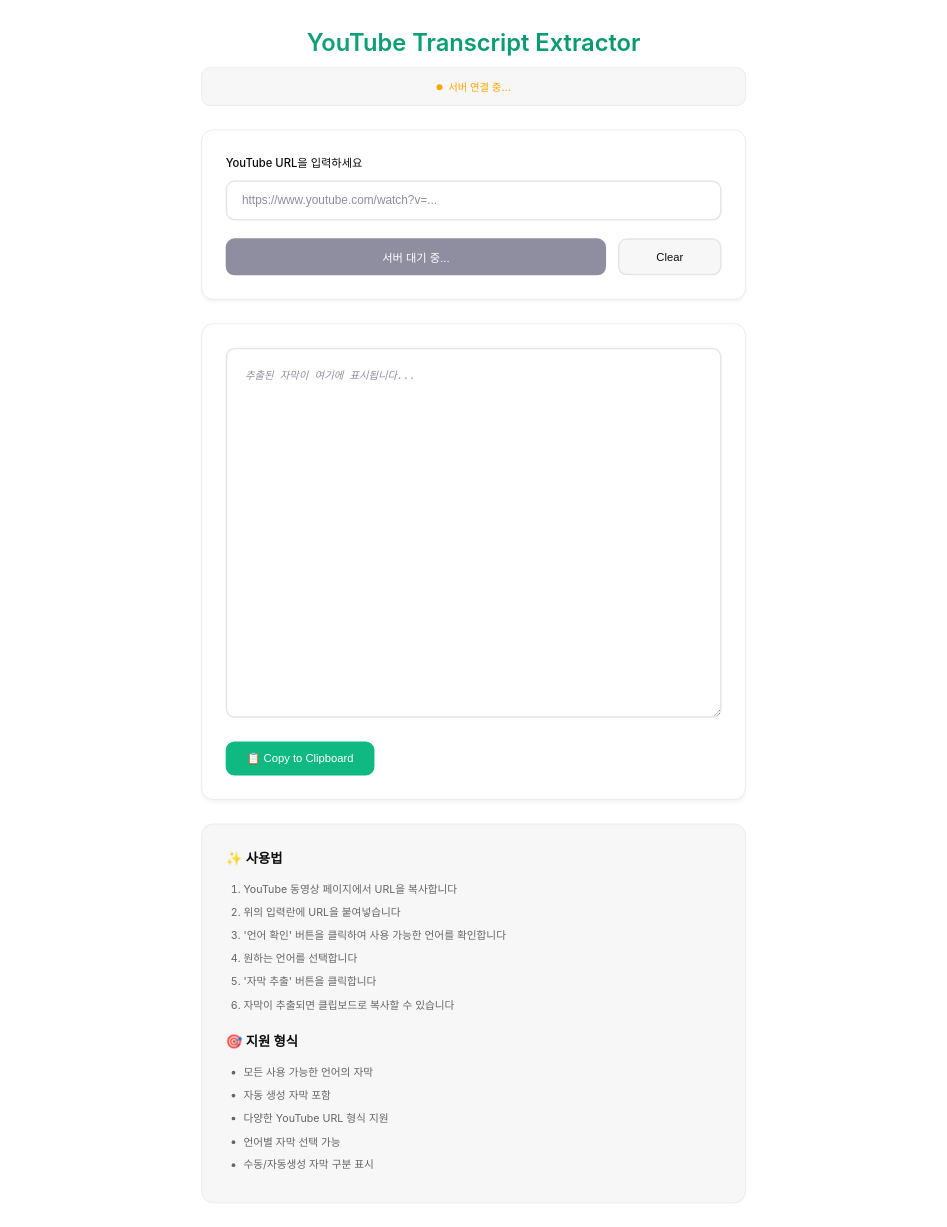
Repository: jaeu-choi/yt-transcript-extract
Page: Frontend/index.html
These files come from the project's save history. The page is drawn as it stood at one moment and after the next save; the edit follows.
The browser window is 1280 px wide. The pictures show the whole page, at 74% of full size.

Above is the page before, as saved 2025-06-18 14:10:33.

### Frontend/index.html
<!DOCTYPE html>
<html lang="ko">
  <head>
    <meta charset="UTF-8" />
    <meta name="viewport" content="width=device-width, initial-scale=1.0" />
    <title>YouTube Transcript Extractor</title>
    <link rel="stylesheet" href="index.css" />
  </head>
  <body>
    <div class="container">
      <h1>YouTube Transcript Extractor</h1>

      <!-- 서버 상태 표시 -->
      <div class="status-bar">
        <span id="server-status" style="color: orange"> 서버 연결 중... </span>
      </div>

      <div class="input-section">
        <label for="url-input-form">YouTube URL을 입력하세요</label>
        <input
          type="url"
          id="url-input-form"
          placeholder="https://www.youtube.com/watch?v=..."
          required
        />
        <div class="button-group">
          <button id="check-languages-btn">언어 확인</button>
          <button id="clear-btn">Clear</button>
        </div>

        <!-- 언어 선택 섹션 -->
        <div id="language-selection" style="display: none">
          <label for="language-select">자막 언어를 선택하세요</label>
          <select id="language-select">
            <option value="">언어를 선택하세요</option>
          </select>
          <div class="button-group" style="margin-top: 1rem">
            <button id="extract-btn" disabled>자막 추출</button>
          </div>
        </div>
      </div>

      <!-- 로딩 표시 -->
      <div id="loading" style="display: none">
        <div class="loading-spinner"></div>
        <p id="loading-message">
          자막을 추출하고 있습니다. 잠시만 기다려주세요...
        </p>
      </div>

      <!-- 결과 표시 -->
      <div id="result">
        <div id="result-header" style="display: none">
          <h3>추출된 자막</h3>
          <p id="current-language"></p>
        </div>
        <textarea
          id="codeArea"
          rows="20"
          cols="100"
          placeholder="추출된 자막이 여기에 표시됩니다..."
        ></textarea>
        <button onclick="copyToClipboard()">📋 Copy to Clipboard</button>
      </div>

      <!-- 사용법 안내 -->
      <div class="help-section">
        <h3>✨ 사용법</h3>
        <ol>
          <li>YouTube 동영상 페이지에서 URL을 복사합니다</li>
          <li>위의 입력란에 URL을 붙여넣습니다</li>
          <li>'언어 확인' 버튼을 클릭하여 사용 가능한 언어를 확인합니다</li>
          <li>원하는 언어를 선택합니다</li>
          <li>'자막 추출' 버튼을 클릭합니다</li>
          <li>자막이 추출되면 클립보드로 복사할 수 있습니다</li>
        </ol>

        <h3>🎯 지원 형식</h3>
        <ul>
          <li>모든 사용 가능한 언어의 자막</li>
          <li>자동 생성 자막 포함</li>
          <li>다양한 YouTube URL 형식 지원</li>
          <li>언어별 자막 선택 가능</li>
          <li>수동/자동생성 자막 구분 표시</li>
        </ul>
      </div>
    </div>

    <script src="index.js"></script>
  </body>
</html>

### Frontend/index.css
/* ChatGPT 스타일 CSS */
:root {
  /* Light theme colors */
  --bg-primary: #ffffff;
  --bg-secondary: #f7f7f8;
  --bg-tertiary: #ffffff;
  --text-primary: #0d0d0d;
  --text-secondary: #666666;
  --text-muted: #8e8ea0;
  --border-color: #e5e5e7;
  --accent-color: #10a37f;
  --accent-hover: #0d8b6d;
  --danger-color: #ef4444;
  --warning-color: #f59e0b;
  --success-color: #10b981;
  --info-color: #3b82f6;
  --shadow: rgba(0, 0, 0, 0.05);
  --shadow-hover: rgba(0, 0, 0, 0.1);
}

@media (prefers-color-scheme: dark) {
  :root {
    --bg-primary: #212121;
    --bg-secondary: #2f2f2f;
    --bg-tertiary: #424242;
    --text-primary: #ececf1;
    --text-secondary: #c5c5d2;
    --text-muted: #8e8ea0;
    --border-color: #4d4d4f;
    --accent-color: #10a37f;
    --accent-hover: #0ea270;
    --shadow: rgba(0, 0, 0, 0.3);
    --shadow-hover: rgba(0, 0, 0, 0.4);
  }
}

* {
  margin: 0;
  padding: 0;
  box-sizing: border-box;
}

body {
  font-family: -apple-system, BlinkMacSystemFont, "Segoe UI", "Roboto",
    sans-serif;
  background: var(--bg-primary);
  color: var(--text-primary);
  line-height: 1.6;
  transition: all 0.3s ease;
  min-height: 100vh;
}

.container {
  max-width: 800px;
  margin: 0 auto;
  padding: 2rem;
  min-height: 100vh;
  display: flex;
  flex-direction: column;
}

/* Header */
h1 {
  font-size: 2rem;
  font-weight: 600;
  text-align: center;
  margin-bottom: 0.5rem;
  background: linear-gradient(135deg, var(--accent-color), #059669);
  -webkit-background-clip: text;
  -webkit-text-fill-color: transparent;
  background-clip: text;
}

/* Status Bar */
.status-bar {
  text-align: center;
  margin-bottom: 2rem;
  padding: 0.75rem;
  background: var(--bg-secondary);
  border-radius: 12px;
  border: 1px solid var(--border-color);
}

#server-status {
  font-size: 0.875rem;
  font-weight: 500;
  display: inline-flex;
  align-items: center;
  gap: 0.5rem;
}

#server-status::before {
  content: "";
  width: 8px;
  height: 8px;
  border-radius: 50%;
  background: currentColor;
  display: inline-block;
}

/* Input Section */
.input-section {
  background: var(--bg-tertiary);
  padding: 2rem;
  border-radius: 16px;
  border: 1px solid var(--border-color);
  box-shadow: 0 4px 6px -1px var(--shadow);
  margin-bottom: 2rem;
  transition: all 0.3s ease;
}

.input-section:hover {
  box-shadow: 0 8px 15px -3px var(--shadow-hover);
}

label {
  display: block;
  font-weight: 500;
  margin-bottom: 0.75rem;
  color: var(--text-primary);
  font-size: 0.95rem;
}

#url-input-form {
  width: 100%;
  padding: 1rem 1.25rem;
  border: 2px solid var(--border-color);
  border-radius: 12px;
  font-size: 1rem;
  background: var(--bg-primary);
  color: var(--text-primary);
  transition: all 0.3s ease;
  margin-bottom: 1.5rem;
  outline: none;
}

#url-input-form:focus {
  border-color: var(--accent-color);
  box-shadow: 0 0 0 3px rgba(16, 163, 127, 0.1);
}

#url-input-form::placeholder {
  color: var(--text-muted);
}

/* Language Selection Section */
#language-selection {
  margin-top: 2rem;
  padding-top: 2rem;
  border-top: 1px solid var(--border-color);
  animation: slideIn 0.3s ease-out;
}

@keyframes slideIn {
  from {
    opacity: 0;
    transform: translateY(-10px);
  }
  to {
    opacity: 1;
    transform: translateY(0);
  }
}

#language-select {
  width: 100%;
  padding: 1rem 1.25rem;
  border: 2px solid var(--border-color);
  border-radius: 12px;
  font-size: 1rem;
  background: var(--bg-primary);
  color: var(--text-primary);
  transition: all 0.3s ease;
  margin-bottom: 1rem;
  outline: none;
  cursor: pointer;
}

#language-select:focus {
  border-color: var(--accent-color);
  box-shadow: 0 0 0 3px rgba(16, 163, 127, 0.1);
}

#language-select option {
  background: var(--bg-primary);
  color: var(--text-primary);
  padding: 0.5rem;
}

/* Button Styles */
.button-group {
  display: flex;
  gap: 1rem;
  flex-wrap: wrap;
}

button {
  padding: 0.875rem 1.75rem;
  border: none;
  border-radius: 12px;
  font-size: 0.95rem;
  font-weight: 500;
  cursor: pointer;
  transition: all 0.3s ease;
  outline: none;
  position: relative;
  overflow: hidden;
  min-width: 140px;
}

#check-languages-btn {
  background: var(--info-color);
  color: white;
  flex: 1;
}

#check-languages-btn:hover:not(:disabled) {
  background: #2563eb;
  transform: translateY(-1px);
  box-shadow: 0 4px 12px rgba(59, 130, 246, 0.3);
}

#check-languages-btn:disabled {
  background: var(--text-muted);
  cursor: not-allowed;
  transform: none;
  box-shadow: none;
}

#extract-btn {
  background: var(--accent-color);
  color: white;
  flex: 1;
}

#extract-btn:hover:not(:disabled) {
  background: var(--accent-hover);
  transform: translateY(-1px);
  box-shadow: 0 4px 12px rgba(16, 163, 127, 0.3);
}

#extract-btn:disabled {
  background: var(--text-muted);
  cursor: not-allowed;
  transform: none;
  box-shadow: none;
}

#clear-btn {
  background: var(--bg-secondary);
  color: var(--text-primary);
  border: 2px solid var(--border-color);
}

#clear-btn:hover {
  background: var(--border-color);
  transform: translateY(-1px);
}

/* Loading */
#loading {
  text-align: center;
  padding: 3rem 2rem;
  background: var(--bg-tertiary);
  border-radius: 16px;
  border: 1px solid var(--border-color);
  margin-bottom: 2rem;
}

.loading-spinner {
  width: 32px;
  height: 32px;
  border: 3px solid var(--border-color);
  border-top: 3px solid var(--accent-color);
  border-radius: 50%;
  animation: spin 1s linear infinite;
  margin: 0 auto 1rem;
}

@keyframes spin {
  0% {
    transform: rotate(0deg);
  }
  100% {
    transform: rotate(360deg);
  }
}

#loading p {
  color: var(--text-secondary);
  font-size: 0.95rem;
}

/* Result Section */
#result {
  background: var(--bg-tertiary);
  padding: 2rem;
  border-radius: 16px;
  border: 1px solid var(--border-color);
  box-shadow: 0 4px 6px -1px var(--shadow);
  margin-bottom: 2rem;
  flex: 1;
}

#result-header {
  margin-bottom: 1.5rem;
  padding-bottom: 1rem;
  border-bottom: 1px solid var(--border-color);
}

#result-header h3 {
  font-size: 1.25rem;
  font-weight: 600;
  margin-bottom: 0.5rem;
  color: var(--text-primary);
}

#current-language {
  font-size: 0.875rem;
  color: var(--text-secondary);
  background: var(--bg-secondary);
  padding: 0.5rem 1rem;
  border-radius: 8px;
  display: inline-block;
}

#codeArea {
  width: 100%;
  min-height: 300px;
  padding: 1.5rem;
  border: 2px solid var(--border-color);
  border-radius: 12px;
  font-family: "SF Mono", Monaco, "Cascadia Code", "Roboto Mono", Consolas,
    "Courier New", monospace;
  font-size: 0.875rem;
  line-height: 1.6;
  background: var(--bg-primary);
  color: var(--text-primary);
  resize: vertical;
  outline: none;
  transition: all 0.3s ease;
  margin-bottom: 1.5rem;
}

#codeArea:focus {
  border-color: var(--accent-color);
  box-shadow: 0 0 0 3px rgba(16, 163, 127, 0.1);
}

#codeArea::placeholder {
  color: var(--text-muted);
  font-style: italic;
}

/* Copy Button */
button[onclick="copyToClipboard()"] {
  background: var(--success-color);
  color: white;
  width: auto;
  min-width: 160px;
}

button[onclick="copyToClipboard()"]:hover {
  background: #059669;
  transform: translateY(-1px);
  box-shadow: 0 4px 12px rgba(16, 185, 129, 0.3);
}

/* Help Section */
.help-section {
  background: var(--bg-secondary);
  padding: 2rem;
  border-radius: 16px;
  border: 1px solid var(--border-color);
  margin-top: auto;
}

.help-section h3 {
  font-size: 1.125rem;
  font-weight: 600;
  margin-bottom: 1rem;
  color: var(--text-primary);
}

.help-section ol {
  margin-left: 1.5rem;
  margin-bottom: 1.5rem;
}

.help-section ul {
  margin-left: 1.5rem;
}

.help-section li {
  margin-bottom: 0.5rem;
  color: var(--text-secondary);
  font-size: 0.9rem;
}

/* Responsive */
@media (max-width: 640px) {
  .container {
    padding: 1rem;
  }

  h1 {
    font-size: 1.75rem;
  }

  .input-section,
  #result,
  .help-section {
    padding: 1.5rem;
  }

  .button-group {
    flex-direction: column;
  }

  button {
    width: 100%;
  }
}

/* Smooth transitions */
* {
  transition: background-color 0.3s ease, border-color 0.3s ease,
    color 0.3s ease;
}

/* Focus styles for accessibility */
button:focus-visible,
input:focus-visible,
textarea:focus-visible,
select:focus-visible {
  outline: 2px solid var(--accent-color);
  outline-offset: 2px;
}

/* Selection colors */
::selection {
  background: rgba(16, 163, 127, 0.2);
  color: var(--text-primary);
}

### Frontend/index.js
let currentServerPort = null;
let isServerReady = false;
let availableLanguages = [];
let currentVideoUrl = "";

// 로딩 상태 표시/숨김
function showLoading(
  show,
  message = "자막을 추출하고 있습니다. 잠시만 기다려주세요..."
) {
  const loading = document.getElementById("loading");
  const loadingMessage = document.getElementById("loading-message");
  if (show) {
    loading.style.display = "block";
    loadingMessage.textContent = message;
  } else {
    loading.style.display = "none";
  }
}

// 서버 상태 업데이트
function updateServerStatus(message, color) {
  const statusElement = document.getElementById("server-status");
  statusElement.textContent = message;
  statusElement.style.color = color;
}

// 버튼 상태 업데이트
function updateButtonState(buttonId, enabled, text) {
  const btn = document.getElementById(buttonId);
  if (btn) {
    btn.disabled = !enabled;
    btn.textContent = text;
  }
}

// 언어 선택 섹션 표시/숨김
function showLanguageSelection(show) {
  const languageSection = document.getElementById("language-selection");
  if (show) {
    languageSection.style.display = "block";
  } else {
    languageSection.style.display = "none";
  }
}

// 결과 헤더 업데이트
function updateResultHeader(show, languageName = "") {
  const resultHeader = document.getElementById("result-header");
  const currentLanguage = document.getElementById("current-language");

  if (show && languageName) {
    resultHeader.style.display = "block";
    currentLanguage.textContent = `언어: ${languageName}`;
  } else {
    resultHeader.style.display = "none";
  }
}

// 언어 선택 드롭다운 업데이트
function updateLanguageSelect(languages) {
  const select = document.getElementById("language-select");
  const extractBtn = document.getElementById("extract-btn");

  // 기존 옵션 제거 (첫 번째 기본 옵션 제외)
  while (select.children.length > 1) {
    select.removeChild(select.lastChild);
  }

  // 새 언어 옵션 추가
  languages.forEach((lang) => {
    const option = document.createElement("option");
    option.value = lang.code;
    option.textContent = lang.display_name;
    select.appendChild(option);
  });

  // 언어 선택 변경 이벤트
  select.onchange = function () {
    extractBtn.disabled = !this.value;
  };

  availableLanguages = languages;
  showLanguageSelection(true);
}

// 서버 포트 설정 함수
function setServerPort(port) {
  currentServerPort = port;
  isServerReady = true;
  console.log(`🔗 Server port set to: ${port}`);

  updateServerStatus(`서버 연결됨 (포트: ${port})`, "green");
  updateButtonState("check-languages-btn", true, "언어 확인");
}

// Electron API 확인 및 설정
if (typeof window.electronAPI !== "undefined") {
  console.log("✅ ElectronAPI available");

  // 서버 포트 정보 수신
  window.electronAPI.onServerPort((port) => {
    setServerPort(port);
  });

  // 페이지 로드 후 서버 포트 요청
  window.addEventListener("load", () => {
    console.log("🌐 Page loaded, requesting server port...");
    setTimeout(() => {
      window.electronAPI.requestServerPort();
    }, 500);
  });
} else {
  console.error("❌ ElectronAPI not available");
  updateServerStatus("ElectronAPI 연결 실패", "red");
}

// 서버 연결 상태 확인
async function checkServerConnection() {
  if (!currentServerPort) {
    return false;
  }

  try {
    const controller = new AbortController();
    const timeoutId = setTimeout(() => controller.abort(), 5000);

    const response = await fetch(
      `http://127.0.0.1:${currentServerPort}/health`,
      {
        signal: controller.signal,
        cache: "no-cache",
      }
    );

    clearTimeout(timeoutId);
    return response.ok;
  } catch (error) {
    console.error("Server connection check failed:", error);
    return false;
  }
}

// 사용 가능한 언어 목록 가져오기
async function getAvailableLanguages(url) {
  if (!currentServerPort || !isServerReady) {
    alert("서버가 아직 준비되지 않았습니다. 잠시 후 다시 시도해주세요.");
    return false;
  }

  showLoading(true, "사용 가능한 언어를 확인하고 있습니다...");
  updateServerStatus("언어 목록을 확인하고 있습니다...", "orange");
  updateButtonState("check-languages-btn", false, "확인 중...");

  try {
    const isConnected = await checkServerConnection();
    if (!isConnected) {
      throw new Error(
        "서버에 연결할 수 없습니다. 서버가 실행 중인지 확인해주세요."
      );
    }

    console.log(`📡 Getting languages for: ${url}`);

    const controller = new AbortController();
    const timeoutId = setTimeout(() => controller.abort(), 15000);

    const response = await fetch(
      `http://127.0.0.1:${currentServerPort}/get-languages`,
      {
        method: "POST",
        headers: {
          "Content-Type": "application/json",
          Accept: "application/json",
        },
        body: JSON.stringify({ target_url: url }),
        signal: controller.signal,
      }
    );

    clearTimeout(timeoutId);

    if (!response.ok) {
      const errorText = await response.text();
      throw new Error(`HTTP 오류 ${response.status}: ${errorText}`);
    }

    const data = await response.json();
    console.log("사용 가능한 언어:", data);

    if (data.languages && data.languages.length > 0) {
      updateLanguageSelect(data.languages);
      updateServerStatus(
        "언어 목록을 가져왔습니다. 언어를 선택해주세요.",
        "green"
      );
      return true;
    } else {
      throw new Error("사용 가능한 한국어 또는 영어 자막이 없습니다.");
    }
  } catch (error) {
    console.error("언어 목록 가져오기 오류:", error);

    let errorMessage = error.message;
    if (error.name === "AbortError") {
      errorMessage = "요청 시간이 초과되었습니다. 다시 시도해주세요.";
    }

    alert(`오류가 발생했습니다: ${errorMessage}`);
    updateServerStatus(`오류: ${errorMessage}`, "red");
    return false;
  } finally {
    showLoading(false);
    updateButtonState("check-languages-btn", true, "언어 확인");
  }
}

// 선택된 언어로 자막 추출
async function extractSubtitles() {
  const languageSelect = document.getElementById("language-select");
  const selectedLanguage = languageSelect.value;

  if (!selectedLanguage) {
    alert("언어를 선택해주세요.");
    return;
  }

  if (!currentVideoUrl) {
    alert("URL을 다시 확인해주세요.");
    return;
  }

  const selectedLangInfo = availableLanguages.find(
    (lang) => lang.code === selectedLanguage
  );

  showLoading(
    true,
    `${selectedLangInfo.display_name} 자막을 추출하고 있습니다...`
  );
  updateServerStatus("자막을 추출하고 있습니다...", "orange");
  updateButtonState("extract-btn", false, "추출 중...");

  try {
    const isConnected = await checkServerConnection();
    if (!isConnected) {
      throw new Error(
        "서버에 연결할 수 없습니다. 서버가 실행 중인지 확인해주세요."
      );
    }

    console.log(`📡 Extracting subtitles for language: ${selectedLanguage}`);

    const controller = new AbortController();
    const timeoutId = setTimeout(() => controller.abort(), 30000);

    const response = await fetch(
      `http://127.0.0.1:${currentServerPort}/submit-url`,
      {
        method: "POST",
        headers: {
          "Content-Type": "application/json",
          Accept: "application/json",
        },
        body: JSON.stringify({
          target_url: currentVideoUrl,
          format: "json",
          language_code: selectedLanguage,
        }),
        signal: controller.signal,
      }
    );

    clearTimeout(timeoutId);

    if (!response.ok) {
      const errorText = await response.text();
      throw new Error(`HTTP 오류 ${response.status}: ${errorText}`);
    }

    const data = await response.json();
    console.log("서버 응답:", data);

    const textBox = document.getElementById("codeArea");
    if (data.subTitles) {
      textBox.value = data.subTitles;
      updateResultHeader(true, selectedLangInfo.display_name);
      updateServerStatus("자막 추출 완료!", "green");
    } else if (data.error) {
      textBox.value = `오류: ${data.error}`;
      updateResultHeader(false);
      updateServerStatus(`오류: ${data.error}`, "red");
    } else {
      textBox.value = "자막을 찾을 수 없습니다.";
      updateResultHeader(false);
      updateServerStatus("자막을 찾을 수 없습니다.", "orange");
    }
  } catch (error) {
    console.error("자막 추출 오류:", error);

    let errorMessage = error.message;
    if (error.name === "AbortError") {
      errorMessage = "요청 시간이 초과되었습니다. 다시 시도해주세요.";
    }

    alert(`오류가 발생했습니다: ${errorMessage}`);
    updateServerStatus(`오류: ${errorMessage}`, "red");
    updateResultHeader(false);

    const textBox = document.getElementById("codeArea");
    textBox.value = `오류가 발생했습니다:\n${errorMessage}\n\n언어: ${selectedLanguage}\n시간: ${new Date().toLocaleString()}`;
  } finally {
    showLoading(false);
    updateButtonState("extract-btn", true, "자막 추출");
  }
}

// 언어 확인 버튼 이벤트 리스너
document
  .getElementById("check-languages-btn")
  .addEventListener("click", async function (event) {
    event.preventDefault();

    const url = document.getElementById("url-input-form").value.trim();
    if (!url) {
      alert("유튜브 URL을 입력해주세요.");
      return;
    }

    // 간단한 YouTube URL 검증
    if (!url.includes("youtube.com/watch") && !url.includes("youtu.be/")) {
      alert("올바른 유튜브 URL을 입력해주세요.");
      return;
    }

    currentVideoUrl = url;
    await getAvailableLanguages(url);
  });

// 자막 추출 버튼 이벤트 리스너
document
  .getElementById("extract-btn")
  .addEventListener("click", async function (event) {
    event.preventDefault();
    await extractSubtitles();
  });

// 클립보드 복사 함수
function copyToClipboard() {
  const textarea = document.getElementById("codeArea");
  if (!textarea.value) {
    alert("복사할 텍스트가 없습니다.");
    return;
  }

  textarea.select();
  document.execCommand("copy");
  alert("클립보드에 복사되었습니다!");
}

// 초기화 함수
document.getElementById("clear-btn").addEventListener("click", () => {
  document.getElementById("url-input-form").value = "";
  document.getElementById("codeArea").value = "";
  showLanguageSelection(false);
  updateResultHeader(false);
  currentVideoUrl = "";
  availableLanguages = [];

  // 언어 선택 초기화
  const languageSelect = document.getElementById("language-select");
  languageSelect.selectedIndex = 0;
  updateButtonState("extract-btn", false, "자막 추출");

  if (isServerReady) {
    updateServerStatus(`서버 연결됨 (포트: ${currentServerPort})`, "green");
  } else {
    updateServerStatus("서버 연결 중...", "orange");
    if (window.electronAPI) {
      window.electronAPI.requestServerPort();
    }
  }
});

// 페이지 로드 시 초기화
window.addEventListener("load", () => {
  console.log("🌐 Page loaded, initializing...");
  updateServerStatus("서버 연결 중...", "orange");
  updateButtonState("check-languages-btn", false, "서버 대기 중...");
  updateButtonState("extract-btn", false, "자막 추출");

  // 주기적으로 서버 상태 확인 (10초마다)
  setInterval(async () => {
    if (currentServerPort && isServerReady) {
      const isConnected = await checkServerConnection();
      if (!isConnected) {
        console.warn("⚠️ Server connection lost");
        updateServerStatus(
          `서버 연결 끊김 (포트: ${currentServerPort})`,
          "red"
        );
        updateButtonState("check-languages-btn", false, "서버 연결 끊김");
        isServerReady = false;

        if (window.electronAPI) {
          window.electronAPI.requestServerPort();
        }
      }
    }
  }, 10000);

  // 10초 후에도 서버 정보가 없으면 재시도
  setTimeout(() => {
    if (!currentServerPort) {
      updateServerStatus("서버 연결 실패 - 다시 시도 중...", "red");
      if (window.electronAPI) {
        window.electronAPI.requestServerPort();
      }
    }
  }, 10000);

  // 20초 후에도 안되면 최종 에러
  setTimeout(() => {
    if (!currentServerPort) {
      updateServerStatus("서버 연결 실패 - 앱을 재시작해주세요", "red");
      updateButtonState("check-languages-btn", false, "서버 연결 실패");
    }
  }, 20000);
});

// 디버깅용 정보 표시
console.log("Frontend loaded. Waiting for server port...");

// 전역 함수로 export (HTML에서 사용)
window.copyToClipboard = copyToClipboard;

After the next save:
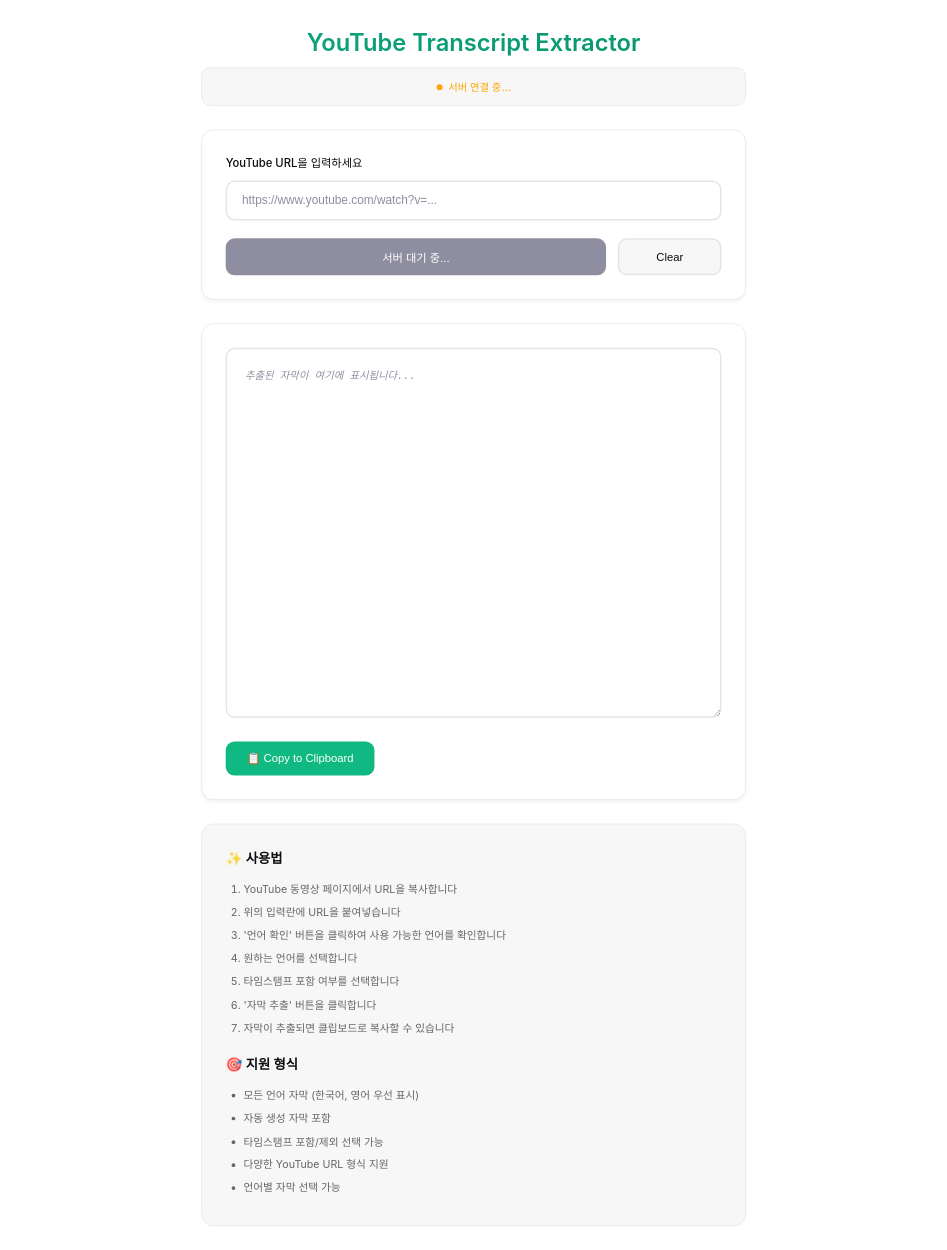
Saved 40 min 27 s later.
--- a/Frontend/index.html
+++ b/Frontend/index.html
@@ -34,6 +34,16 @@
           <select id="language-select">
             <option value="">언어를 선택하세요</option>
           </select>
+
+          <!-- 타임스탬프 옵션 -->
+          <div class="timestamp-option">
+            <label class="checkbox-label">
+              <input type="checkbox" id="include-timestamp" checked />
+              <span class="checkmark"></span>
+              타임스탬프 포함 ([0:00] 형태)
+            </label>
+          </div>
+
           <div class="button-group" style="margin-top: 1rem">
             <button id="extract-btn" disabled>자막 추출</button>
           </div>
@@ -71,17 +81,18 @@
           <li>위의 입력란에 URL을 붙여넣습니다</li>
           <li>'언어 확인' 버튼을 클릭하여 사용 가능한 언어를 확인합니다</li>
           <li>원하는 언어를 선택합니다</li>
+          <li>타임스탬프 포함 여부를 선택합니다</li>
           <li>'자막 추출' 버튼을 클릭합니다</li>
           <li>자막이 추출되면 클립보드로 복사할 수 있습니다</li>
         </ol>
 
         <h3>🎯 지원 형식</h3>
         <ul>
-          <li>모든 사용 가능한 언어의 자막</li>
+          <li>모든 언어 자막 (한국어, 영어 우선 표시)</li>
           <li>자동 생성 자막 포함</li>
+          <li>타임스탬프 포함/제외 선택 가능</li>
           <li>다양한 YouTube URL 형식 지원</li>
           <li>언어별 자막 선택 가능</li>
-          <li>수동/자동생성 자막 구분 표시</li>
         </ul>
       </div>
     </div>
